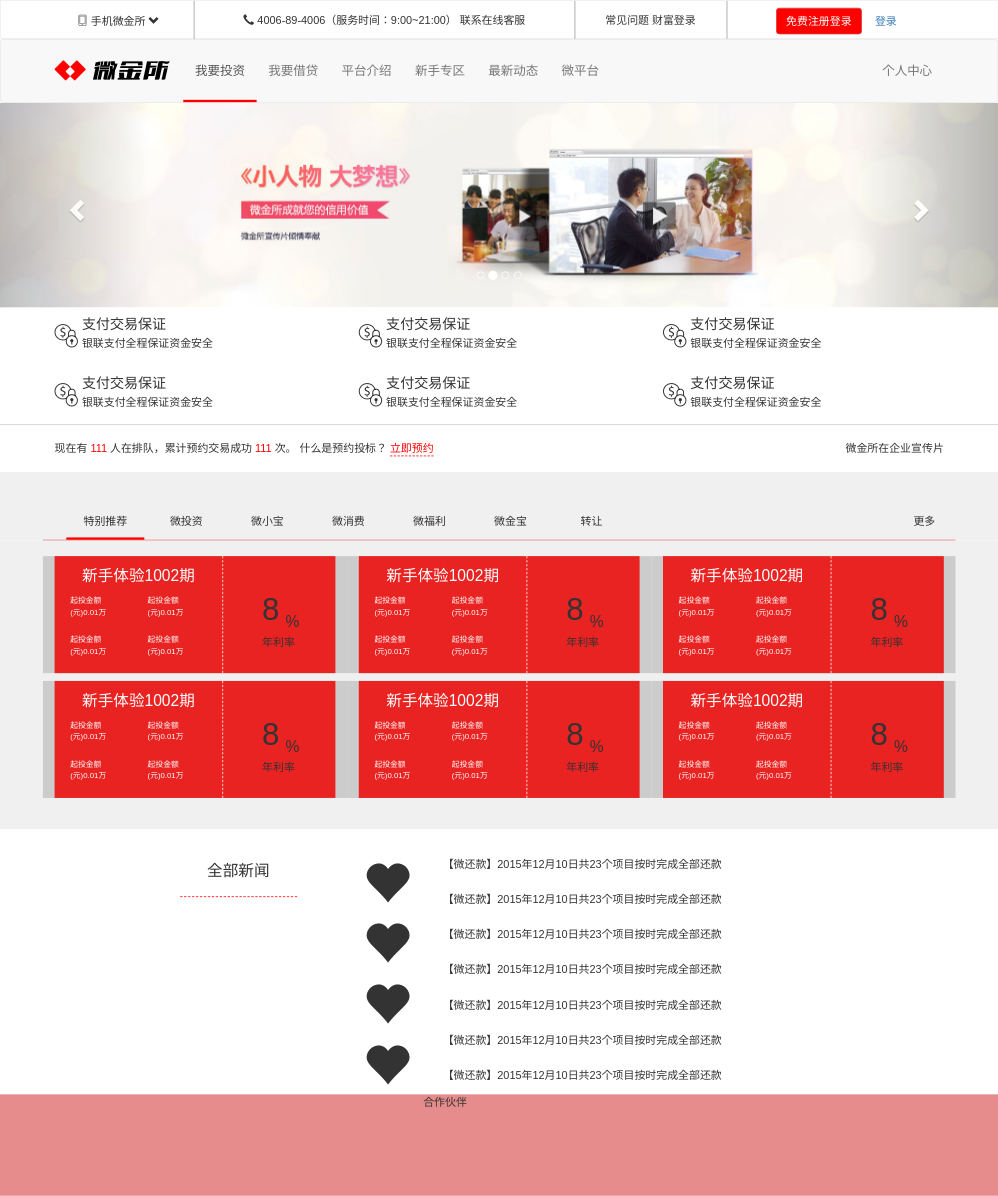
Repository: pwy114pwy/project_02
Page: 菜单.html
The author's editor kept a copy of each file at every save. The page is drawn from the files as they stood at one save, then again after a run of saves.
The browser window is 1280 px wide. The pictures show the whole page, at 78% of full size.
The style sheet was rebuilt from its Sass, Less or Tailwind sources for each picture, by a compiler version that may differ from the author's.

Above is the page before, as saved 2022-11-23 18:21:43.

After the next 16 saves:
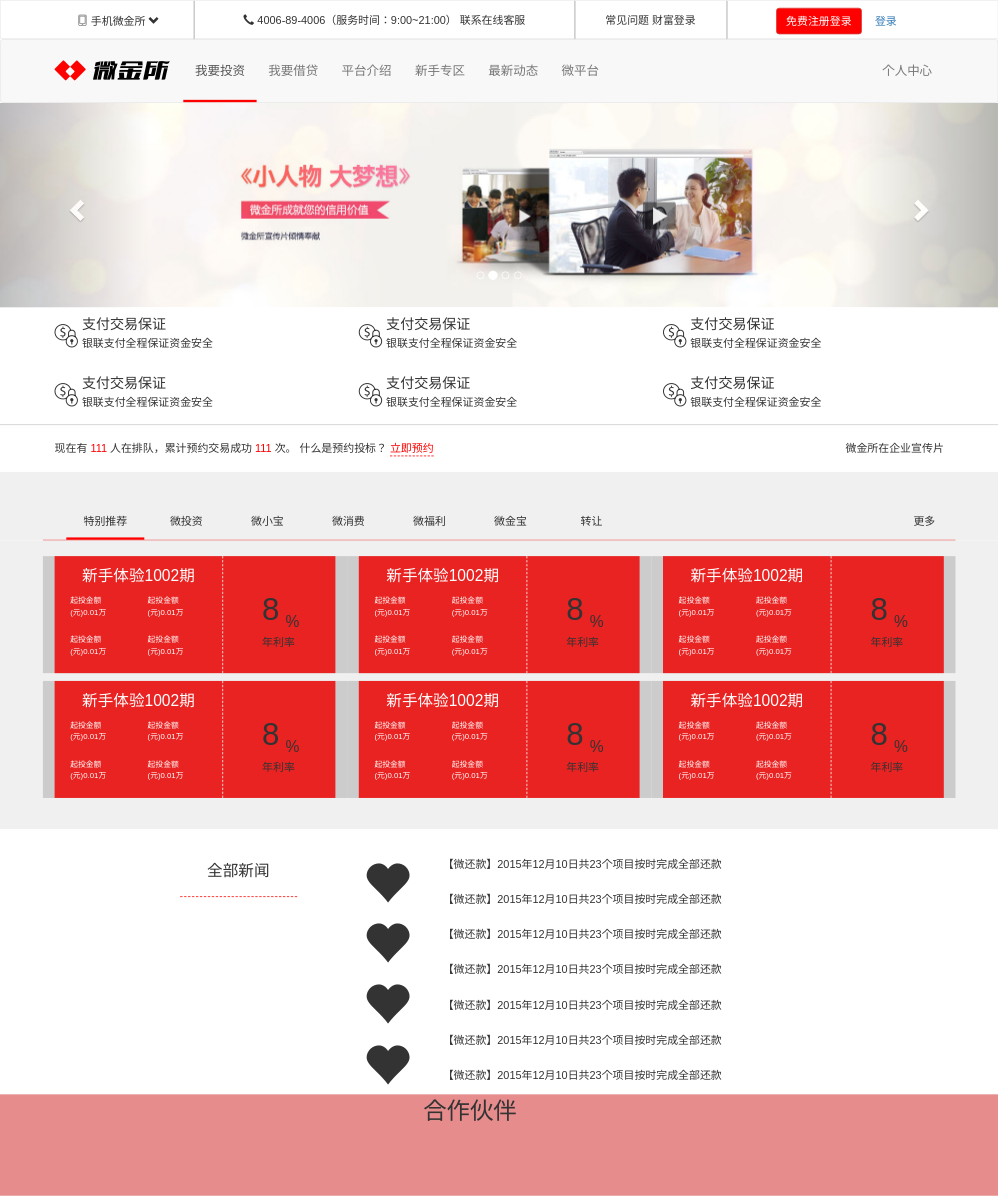
The 16 saves are shown as one change because they came seconds apart.
The last was saved 38 s later.
--- a/css/01.less
+++ b/css/01.less
@@ -359,4 +359,8 @@
 .hezuo{
     background-color: #e78c8c;
     height: 130px;
-}
+    a{
+        margin-top: 10px;
+        font-size: 30px;
+    }
+}
